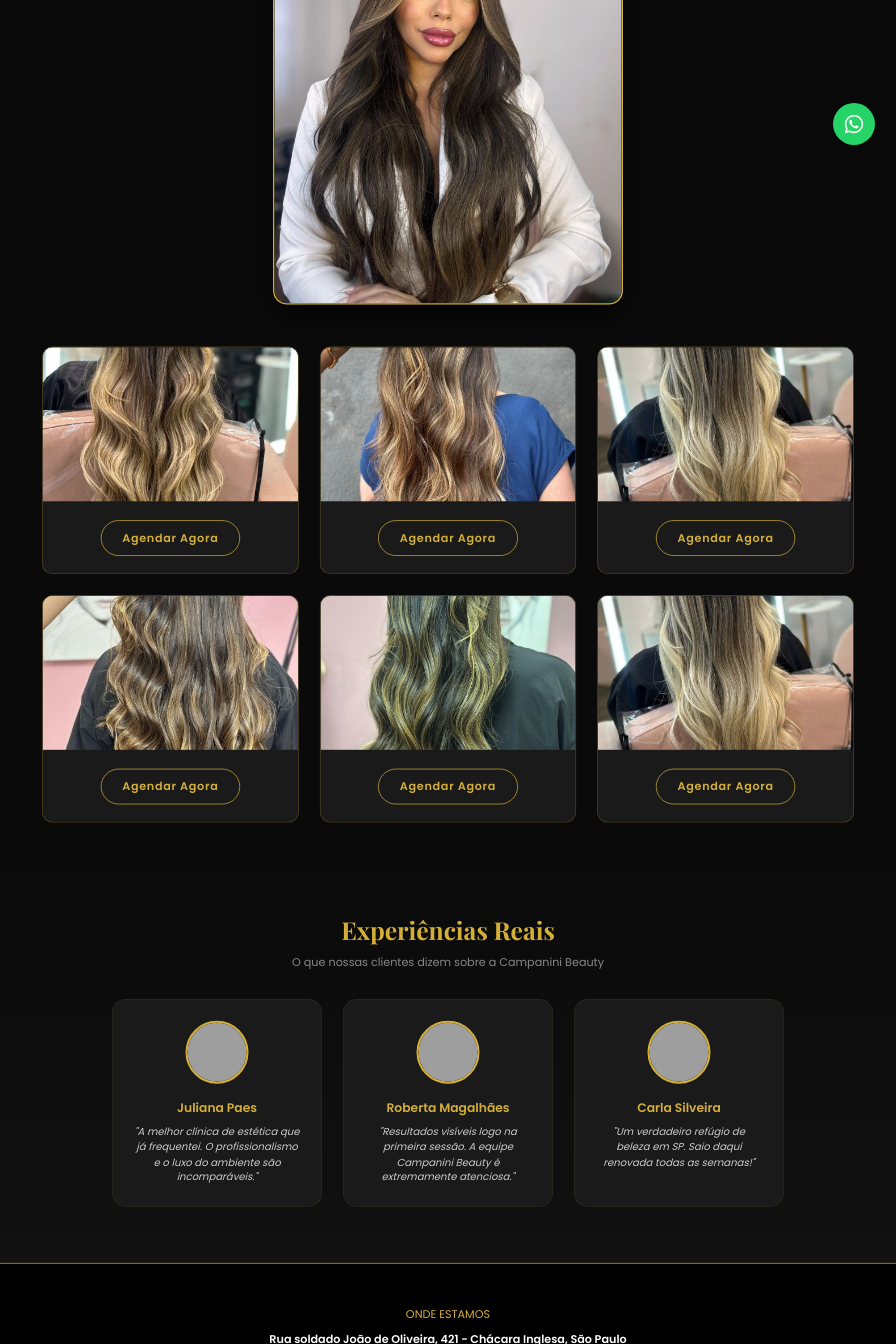
Repository: Sandro1969-tech/campanini-beauty
Page: index.html
These files come from the project's save history. The page is drawn as it stood at one moment and after the next save; the edit follows.
The browser window is 1280 px wide. The pictures show the part of the page from y = 483 to 2403 px (the page is 2941 px tall), at 70% of full size.
Pictures or frames that could not be fetched are drawn as grey boxes.

Above is the page before, as saved 2026-02-17 19:43:45.

### index.html
<!DOCTYPE html>
<html lang="pt-br">
<head>
    <meta charset="UTF-8">
    <meta name="viewport" content="width=device-width, initial-scale=1.0">
    <title>Campanini Beauty | Clínica Premium</title>
    <link rel="icon" href="assets/image/favicon.png" type="image/x-icon">
    <link href="https://fonts.googleapis.com/css2?family=Playfair+Display:wght@700&family=Poppins:wght@300;400;600&display=swap" rel="stylesheet">
    <link rel="stylesheet" href="https://cdnjs.cloudflare.com/ajax/libs/font-awesome/6.0.0/css/all.min.css">

    <style>
        :root {
            --gold: #D4AF37;
            --gold-light: #F1D592;
            --black: #0a0a0a;
            --dark-gray: #1a1a1a;
            --white: #ffffff;
            --transition: all 0.4s cubic-bezier(0.175, 0.885, 0.32, 1.275);
        }

        .light-mode {
            --black: #f4f4f4;
            --dark-gray: #ffffff;
            --white: #0a0a0a;
        }

        * { margin: 0; padding: 0; box-sizing: border-box; }

        body {
            background-color: var(--black);
            color: var(--white);
            font-family: 'Poppins', sans-serif;
            transition: background 0.5s ease;
            overflow-x: hidden;
        }

        header {
            padding: 15px 30px;
            display: flex;
            justify-content: space-between;
            align-items: center;
            background: rgba(0,0,0,0.9);
            position: sticky;
            top: 0;
            z-index: 1000;
            border-bottom: 1px solid var(--gold);
        }

        .logo img { height: 50px; }

        .theme-switch { cursor: pointer; font-size: 1.5rem; color: var(--gold); }

        /* --- TÍTULO PULSANTE ATUALIZADO --- */
        .pulsing-title {
            font-family: 'Playfair Display', serif;
            font-size: 3.5rem;
            text-align: center;
            color: var(--gold);
            margin: 40px 0;
            animation: pulse 2.5s infinite;
            letter-spacing: 2px;
        }

        @keyframes pulse {
            0% { transform: scale(1); text-shadow: 0 0 5px rgba(212, 175, 55, 0.2); }
            50% { transform: scale(1.05); text-shadow: 0 0 25px var(--gold); }
            100% { transform: scale(1); text-shadow: 0 0 5px rgba(212, 175, 55, 0.2); }
        }

        /* --- IMAGEM PRINCIPAL CENTRALIZADA E MENOR --- */
        .hero {
            width: 100%;
            display: flex;
            justify-content: center;
            padding: 10px 20px;
        }

        .hero img {
            max-width: 500px; /* Tamanho reduzido para não ocupar a tela toda */
            width: 100%;
            height: auto;
            border-radius: 20px;
            object-fit: cover;
            border: 2px solid var(--gold);
            box-shadow: 0 15px 35px rgba(0,0,0,0.6);
        }

        /* --- GRID DE SERVIÇOS --- */
        .container { max-width: 1200px; margin: 50px auto; padding: 0 20px; }
        .grid { display: grid; grid-template-columns: repeat(auto-fit, minmax(280px, 1fr)); gap: 30px; }

        .card {
            background: var(--dark-gray);
            border: 1px solid rgba(212, 175, 55, 0.3);
            border-radius: 15px;
            overflow: hidden;
            text-align: center;
            padding-bottom: 25px;
            transition: var(--transition);
        }

        .card:hover {
            transform: translateY(-10px);
            border-color: var(--gold);
            box-shadow: 0 10px 30px rgba(212, 175, 55, 0.2);
        }

        .card img {
            width: 100%;
            height: 220px;
            object-fit: cover; /* Garante que a imagem não fique esticada */
        }

        /* --- SEÇÃO DE DEPOIMENTOS --- */
        .testimonials-section {
            padding: 80px 20px;
            background: linear-gradient(180deg, var(--black) 0%, #111 100%);
            text-align: center;
        }

        .testimonials-grid {
            display: flex;
            justify-content: center;
            flex-wrap: wrap;
            gap: 30px;
            margin-top: 40px;
        }

        .testimonial-card {
            background: var(--dark-gray);
            padding: 30px;
            border-radius: 20px;
            width: 300px;
            border: 1px solid rgba(212, 175, 55, 0.1);
            position: relative;
        }

        .testimonial-card img {
            width: 90px;
            height: 90px;
            border-radius: 50%;
            border: 3px solid var(--gold);
            margin-bottom: 15px;
            object-fit: cover;
        }

        .testimonial-card h4 { color: var(--gold); margin-bottom: 10px; font-size: 1.1rem; }
        .testimonial-card p { font-style: italic; font-size: 0.9rem; color: #ccc; line-height: 1.5; }

        .btn-booking {
            display: inline-block;
            margin-top: 20px;
            padding: 12px 30px;
            background: transparent;
            color: var(--gold);
            border: 1px solid var(--gold);
            border-radius: 50px;
            text-decoration: none;
            font-weight: 600;
            letter-spacing: 1px;
            transition: var(--transition);
        }

        .btn-booking:hover {
            background: var(--gold);
            color: var(--black);
            transform: scale(1.05);
        }

        /* WhatsApp */
        .whatsapp-float {
            position: fixed; bottom: 30px; right: 30px;
            background: #25d366; color: white;
            width: 60px; height: 60px; border-radius: 50%;
            display: flex; align-items: center; justify-content: center;
            font-size: 30px; z-index: 1000; text-decoration: none;
            box-shadow: 0 4px 15px rgba(0,0,0,0.3);
        }

        footer { padding: 60px 20px; text-align: center; border-top: 1px solid var(--gold); background: #000; }
        .map-container { margin: 30px auto; max-width: 900px; height: 350px; border: 1px solid var(--gold); border-radius: 10px; overflow: hidden; }

    </style>
</head>
<body>

    <header>
        <div class="logo">
            <img src="assets/image/Logo-campanini.png" alt="Campanini Beauty">
        </div>
        <div class="theme-switch" onclick="toggleTheme()">
            <i id="theme-icon" class="fas fa-moon"></i>
        </div>
    </header>

    <h1 class="pulsing-title">Campanini Beauty</h1>

    <div class="hero">
        <img src="assets/image/principal.jpg" alt="Destaque Campanini Beauty">
    </div>

    <div class="container">
        <div class="grid">
            <div class="card">
                <img src="assets/image/imagem1.jpg" alt="Procedimento">
                <a href="#" class="btn-booking">Agendar Agora</a>
            </div>
            <div class="card">
                <img src="assets/image/imagem2.jpg" alt="Procedimento">
                <a href="#" class="btn-booking">Agendar Agora</a>
            </div>
            <div class="card">
                <img src="assets/image/imagem3.jpg" alt="Procedimento">
                <a href="#" class="btn-booking">Agendar Agora</a>
            </div>
                        <div class="card">
                <img src="assets/image/imagem4.jpg" alt="Procedimento">
                <a href="#" class="btn-booking">Agendar Agora</a>
            </div>
            <div class="card">
                <img src="assets/image/imagem5.jpg" alt="Procedimento">
                <a href="#" class="btn-booking">Agendar Agora</a>
            </div>
            <div class="card">
                <img src="assets/image/imagem3.jpg" alt="Procedimento">
                <a href="#" class="btn-booking">Agendar Agora</a>
            </div>

        </div>
    </div>

    <section class="testimonials-section">
        <h2 style="font-family: 'Playfair Display'; color: var(--gold); font-size: 2.2rem; margin-bottom: 10px;">Experiências Reais</h2>
        <p style="color: #888;">O que nossas clientes dizem sobre a Campanini Beauty</p>

        <div class="testimonials-grid">
            <div class="testimonial-card">
                <img src="https://randomuser.me/api/portraits/women/32.jpg" alt="Cliente">
                <h4>Juliana Paes</h4>
                <p>"A melhor clínica de estética que já frequentei. O profissionalismo e o luxo do ambiente são incomparáveis."</p>
            </div>
            <div class="testimonial-card">
                <img src="https://randomuser.me/api/portraits/women/45.jpg" alt="Cliente">
                <h4>Roberta Magalhães</h4>
                <p>"Resultados visíveis logo na primeira sessão. A equipe Campanini Beauty é extremamente atenciosa."</p>
            </div>
            <div class="testimonial-card">
                <img src="https://randomuser.me/api/portraits/women/65.jpg" alt="Cliente">
                <h4>Carla Silveira</h4>
                <p>"Um verdadeiro refúgio de beleza em SP. Saio daqui renovada todas as semanas!"</p>
            </div>
        </div>
    </section>

    <footer>
        <p style="color: var(--gold); margin-bottom: 10px;">ONDE ESTAMOS</p>
        <p><strong>Rua soldado João de Oliveira, 421 - Chácara Inglesa, São Paulo</strong></p>

        <div class="map-container">
            <iframe src="https://www.google.com/maps/embed?pb=!1m18!1m12!1m3!1d3656.345!2d-46.638!3d-23.60!2m3!1f0!2f0!3f0!3m2!1i1024!2i768!4f13.1!3m3!1m2!1s0x0%3A0x0!2zMjPCsDM2JzAwLjAiUyA0NsKwMzgnMTYuOCJX!5e0!3m2!1spt-BR!2sbr!4v1620000000000" width="100%" height="100%" style="border:0;" allowfullscreen="" loading="lazy"></iframe>
        </div>

        <a href="#" class="insta-icon"><i class="fab fa-instagram"></i></a>
        <p style="margin-top: 20px; font-size: 0.8rem; color: #555;">© 2026 Campanini Beauty. Todos os direitos reservados.</p>
    </footer>

    <a href="https://wa.me/5511999999999" class="whatsapp-float">
        <i class="fab fa-whatsapp"></i>
    </a>

    <script>
        function toggleTheme() {
            const body = document.body;
            const icon = document.getElementById('theme-icon');
            body.classList.toggle('light-mode');
            if (body.classList.contains('light-mode')) {
                icon.className = 'fas fa-sun';
            } else {
                icon.className = 'fas fa-moon';
            }
        }
    </script>
</body>
</html>

After the next save:
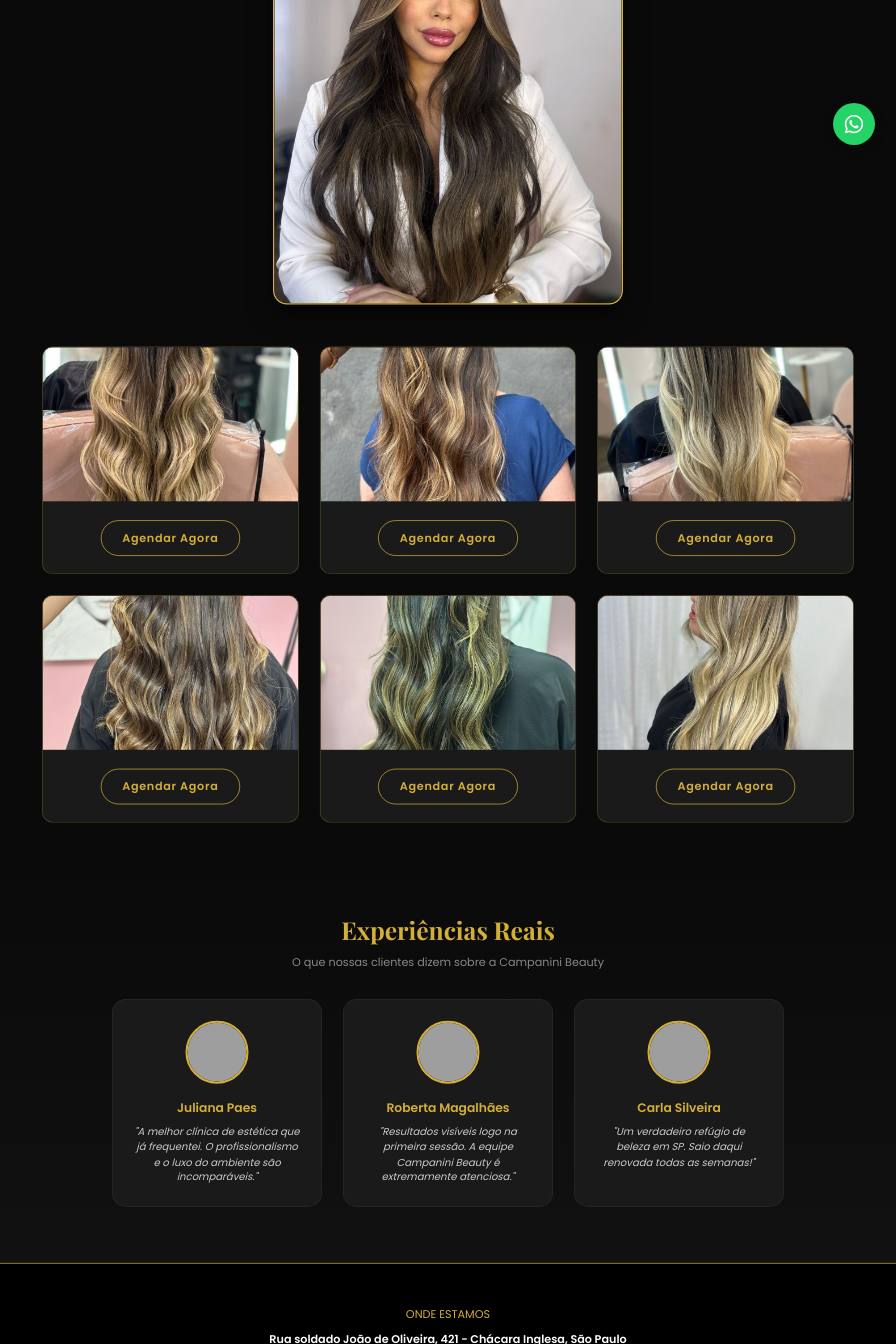
Saved 5 s later.
--- a/index.html
+++ b/index.html
@@ -222,7 +222,7 @@
                 <a href="#" class="btn-booking">Agendar Agora</a>
             </div>
             <div class="card">
-                <img src="assets/image/imagem3.jpg" alt="Procedimento">
+                <img src="assets/image/imagem6.jpg" alt="Procedimento">
                 <a href="#" class="btn-booking">Agendar Agora</a>
             </div>
 
